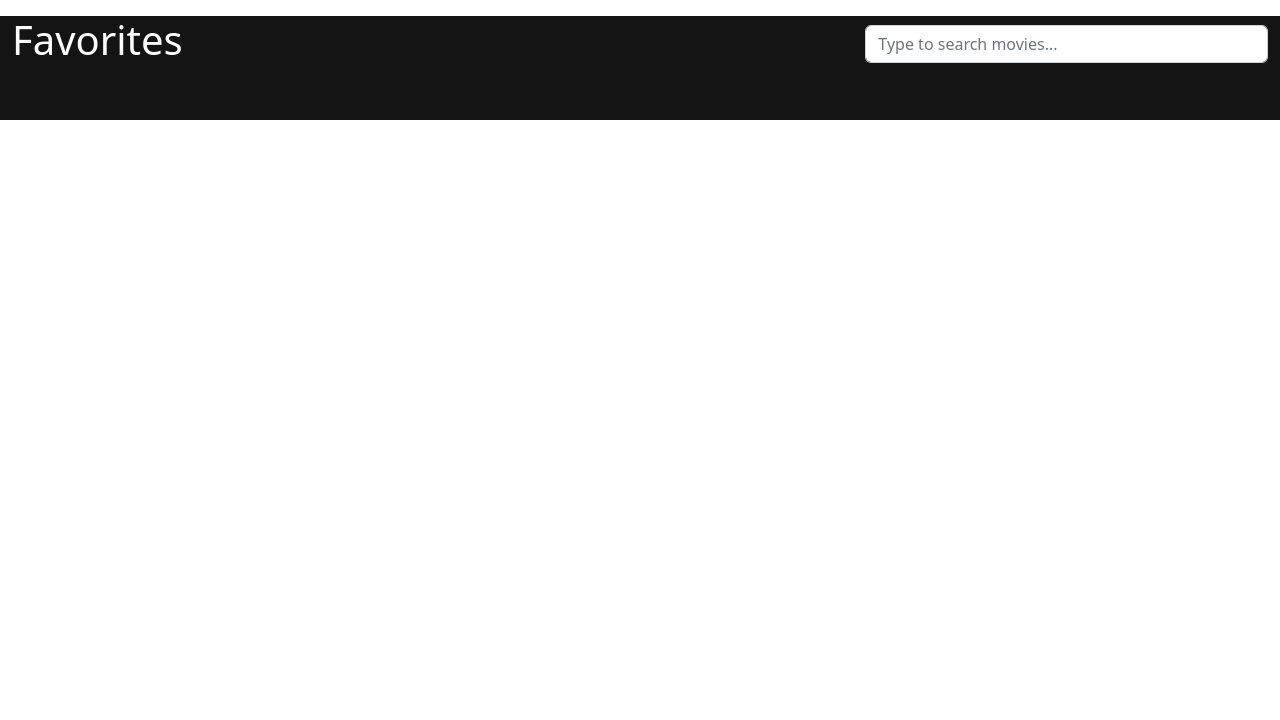
Repository: sandeepreddyvitta/react
Page: / (app in movieapp/)
These files come from the project's save history. The page is drawn as it stood at one moment and after the next save; the edit follows.
The browser window is 1280 px wide. The pictures show the whole page.
The page's requests for data from a server got no answer. The project was rebuilt for these pictures with package versions that can differ from the ones it lists, and the page was loaded fresh each time. No one was signed in, and anything a server would have sent is missing.

Above is the page before, as saved 2022-12-13 12:21:04.

### movieapp/public/index.html
<!DOCTYPE html>
<html lang="en">

<head>
  <meta charset="utf-8" />
  <link rel="icon" href="%PUBLIC_URL%/favicon.ico" />
  <meta name="viewport" content="width=device-width, initial-scale=1" />
  <meta name="theme-color" content="#000000" />
  <meta name="description" content="Web site created using create-react-app" />
  <link rel="apple-touch-icon" href="%PUBLIC_URL%/logo192.png" />
  <!--
      manifest.json provides metadata used when your web app is installed on a
      user's mobile device or desktop. See https://developers.google.com/web/fundamentals/web-app-manifest/
    -->
  <title>React App</title>
</head>

<body>
  <noscript>You need to enable JavaScript to run this app.</noscript>
  <div id="root"></div>

</body>

</html>

### movieapp/src/App.js

import axios from 'axios';
import './App.css'
import React, { useState, useEffect } from 'react'
import MovieList from './components/movie/MovieList';
import SearchBar from './components/movie/SearchBar';
import 'bootstrap/dist/css/bootstrap.min.css'
import MovieListHead from './components/movie/MovieListHead';

function App() {
  const [movies, setMovies] = useState([]);
  const [searchValue, setSearchValue] = useState("");
  useEffect(() => {
    const data = axios.get(`https://www.omdbapi.com/?s=star&apikey=d8df698c`);
    console.log(data);
  }, [])
  return (
    <div className='app'>
      <div className='container-fluid movie-app'>
        <div className='row d-flex align-items-center mt-3 mb-5'>
          <MovieListHead heading="Favorites" />
          <SearchBar searchValue={searchValue} setSearchValue={setSearchValue} />
        </div>
        <div className='row'>
          <MovieList movies={movies} />
        </div>
      </div>
    </div>
  );
}

export default App;

### movieapp/src/App.css
.app {
  background:#141414;
  color:white
}
.movie-app > .row{
  overflow-x: auto;
  flex-wrap: nowrap;
}
.image-container{
  position: relative;
  transition:transform 0.2s;

}
.image-container:hover{
  cursor:pointer;
  transform:scale(1.1);
}

### movieapp/src/components/movie/MovieList.js
import React from 'react'

const MovieList = (props) => {
    return (
        <div>
            {
                props.movies.map((movie, index) => (
                    <div className='image-container d-flex justify-content-start m3'>
                        <img src={movie.Poster} alt='' />
                    </div>
                ))
            }
        </div>
    )
}

export default MovieList

### movieapp/src/components/movie/SearchBar.js
import React from 'react'

const SearchBar = (props) => {
    return (
        <div className='col col-sm-4'>
            <input type="text"
                className='form-control'
                value={props.searchValue}
                onChange={e => props.setSearchValue(e.target.value)}
                placeholder="Type to search movies..." />
        </div>
    )
}

export default SearchBar

### movieapp/src/components/movie/MovieListHead.js
import React from 'react'

const MovieListHead = (props) => {
    return (
        <div className='col'>
            <h1>{props.heading}</h1>
        </div>
    )
}

export default MovieListHead

Loaded but not shown: movieapp/src/index.js (common file); movieapp/src/index.css (common file)

After the next save:
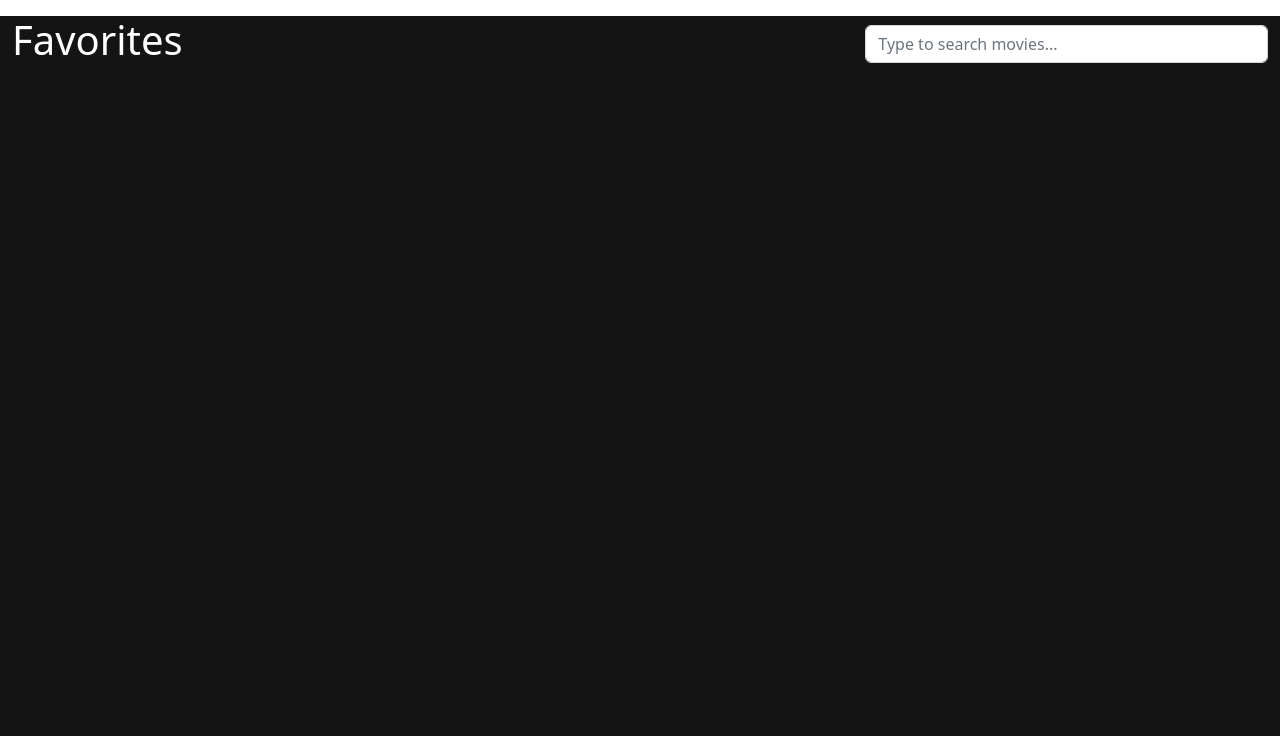
Saved 15 s later.
--- a/movieapp/src/App.css
+++ b/movieapp/src/App.css
@@ -1,6 +1,7 @@
 .app {
   background:#141414;
-  color:white
+  color:white;
+  height: 100vh;
 }
 .movie-app > .row{
   overflow-x: auto;
